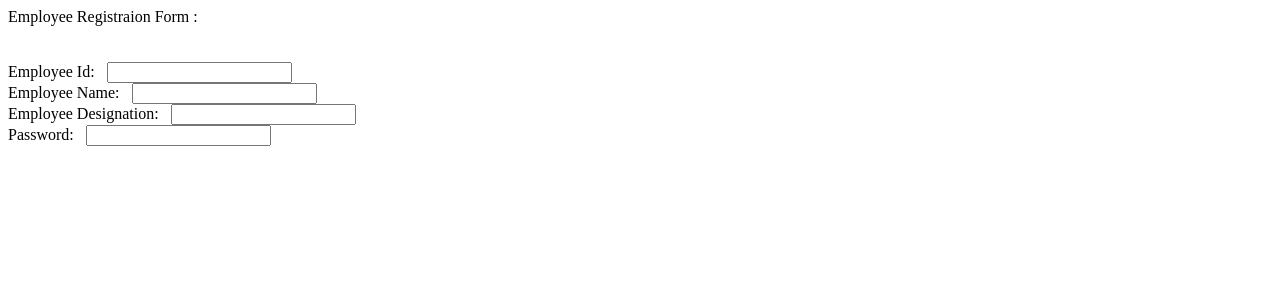
Repository: robin9533/Basic-Programs-App.
Page: GW-Genial Work Proj/GT_GenialToil/WebContent/EmployeeSignup.html
The author's editor kept a copy of each file at every save. The page is drawn from the files as they stood at one save, then again after the next save.
The browser window is 1280 px wide. The pictures show the whole page.

Above is the page before, as saved 2019-05-10 06:15:19.

### GW-Genial Work Proj/GT_GenialToil/WebContent/EmployeeSignup.html
<!DOCTYPE html>
<html>
<head>  Employee Registraion Form :
<meta charset="ISO-8859-1">
<title>Insert title here</title>
</head>
<body><br><br>
<br>
<Form>
Employee Id: &nbsp <input type = "text"><br>
Employee Name: &nbsp <input type ="text"><br>
Employee Designation: &nbsp <input type ="text"><br>
Password: &nbsp <input type = "password">

</Form>

</body>
</html>

After the next save:
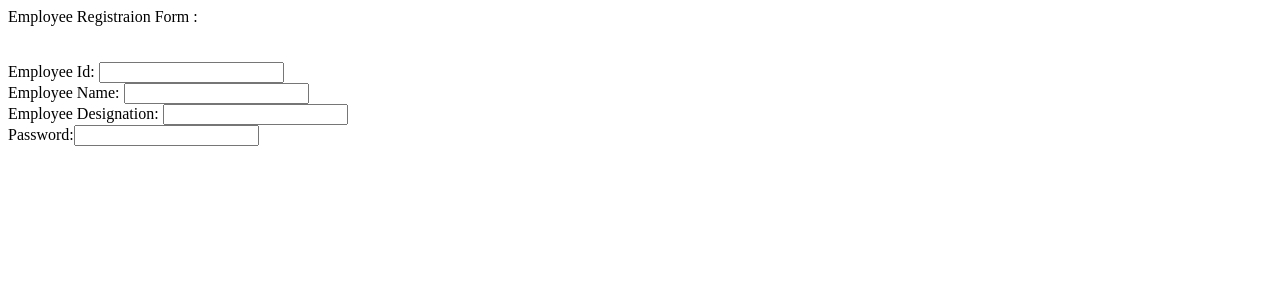
Saved 79 s later.
--- a/GW-Genial Work Proj/GT_GenialToil/WebContent/EmployeeSignup.html
+++ b/GW-Genial Work Proj/GT_GenialToil/WebContent/EmployeeSignup.html
@@ -7,10 +7,10 @@
 <body><br><br>
 <br>
 <Form>
-Employee Id: &nbsp <input type = "text"><br>
-Employee Name: &nbsp <input type ="text"><br>
-Employee Designation: &nbsp <input type ="text"><br>
-Password: &nbsp <input type = "password">
+Employee Id: <input type = "text"><br>
+Employee Name: <input type ="text"><br>
+Employee Designation: <input type ="text"><br>
+Password:<input type = "password">
 
 </Form>
 
